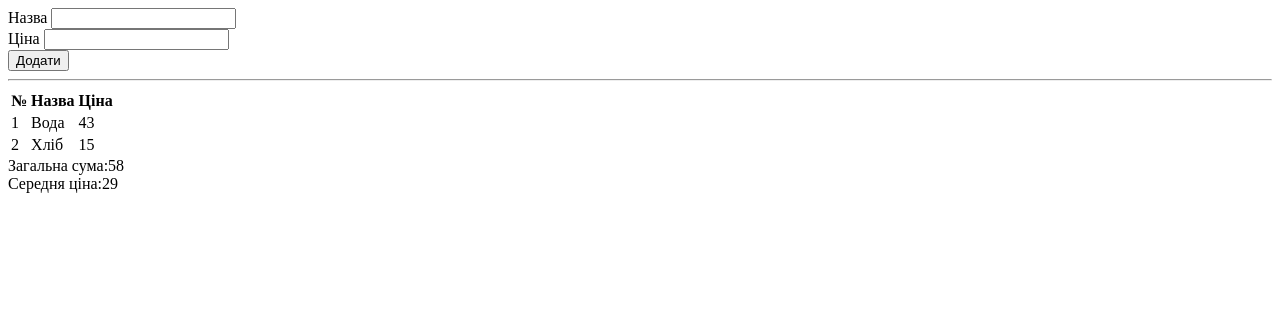
Repository: KYUUBI-K/HTML
Page: За 2 курс/test Vuejs/BaseProducts.html
The author's editor kept a copy of each file at every save. The page is drawn from the files as they stood at one save, then again after the next save.
The browser window is 1280 px wide. The pictures show the whole page.

Above is the page before, as saved 2021-09-07 13:30:20.

After the next save:
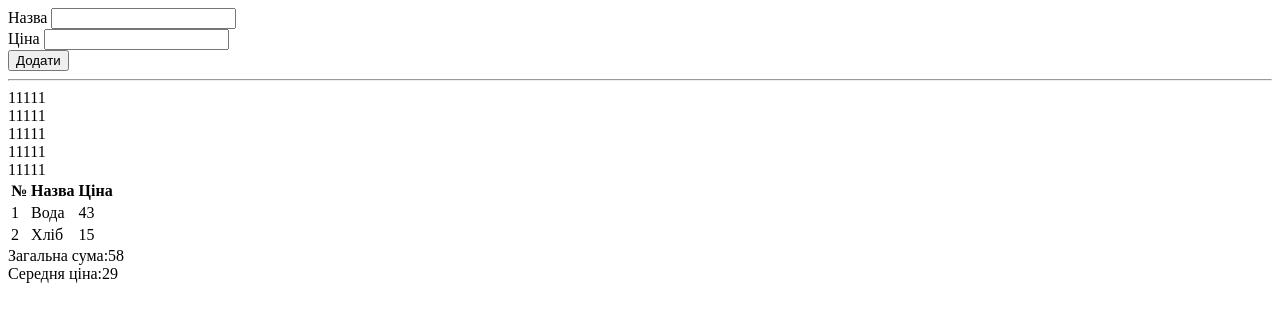
Saved 8 min 17 s later.
--- a/За 2 курс/test Vuejs/BaseProducts.html
+++ b/За 2 курс/test Vuejs/BaseProducts.html
@@ -33,6 +33,9 @@
             <td>{{product.title}}</td>
             <td>{{product.price}}</td>
           </tr>
+          <div v-for="i in 5">
+              11111
+          </div>
         </tbody>
       </table>
       <div>Загальна сума:{{TotalSum}}</div>
